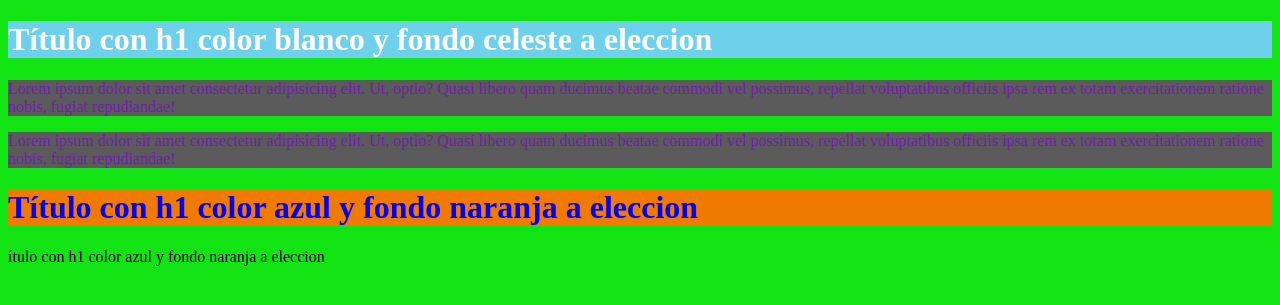
Repository: ScoggoDev/DesarrolloWeb
Page: tarea en equipo 1/tep1.html
An editor plug-in stored every save of this project. The page is shown before and after the next save, followed by the edit.
The browser window is 1280 px wide. The pictures show the whole page.

Above is the page before, as saved 2021-06-30 20:34:03.

After the next save:
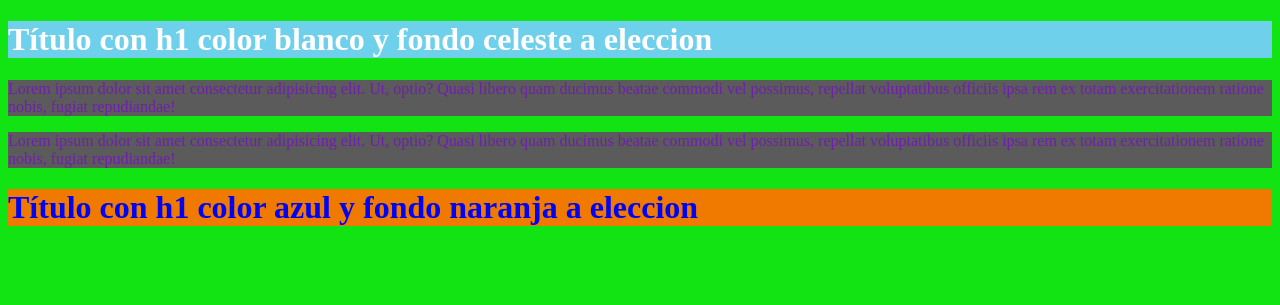
Saved 44 s later.
--- a/tarea en equipo 1/tep1.html
+++ b/tarea en equipo 1/tep1.html
@@ -17,7 +17,7 @@ puedes investigar en google color pick code para seleccionar un color y obtener
     <h1>Título con h1 color blanco y fondo celeste a eleccion</h1>
     <p>Lorem ipsum dolor sit amet consectetur adipisicing elit. Ut, optio? Quasi libero quam ducimus beatae commodi vel possimus, repellat voluptatibus officiis ipsa rem ex totam exercitationem ratione nobis, fugiat repudiandae!</p>
     <p>Lorem ipsum dolor sit amet consectetur adipisicing elit. Ut, optio? Quasi libero quam ducimus beatae commodi vel possimus, repellat voluptatibus officiis ipsa rem ex totam exercitationem ratione nobis, fugiat repudiandae!</p>
-    <h1 style="background-color: #f07900; color: #0004f0;">Título con h1 color azul y fondo naranja a eleccion</h1>ítulo con h1 color azul y fondo naranja a eleccion</h1>
+    <h1 style="background-color: #f07900; color: #0004f0;">Título con h1 color azul y fondo naranja a eleccion</h1>
     <!-- completar agregando  2 parrafos con texto lorem ipsum
      se puede encontrar en internet el primer parrafo, hacer dos con el mismo texto y mismo color
     - ****color de texto de codigo: #701fad y color de fondo gris a eleccion-->
